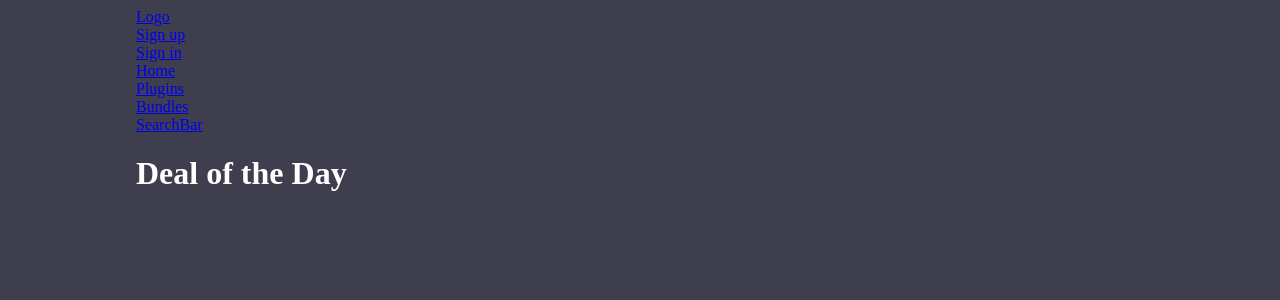
Repository: jigom11791/Wavez
Page: Wavez/Waves-Site/index.html
An editor plug-in stored every save of this project. The page is shown before and after the next save, followed by the edit.
The browser window is 1280 px wide. The pictures show the whole page.

Above is the page before, as saved 2020-10-30 17:55:50.

### Wavez/Waves-Site/index.html
<!DOCTYPE html>
<html>
<head>
    <title>Waves Price Tracker</title>
    <link rel="stylesheet" href="style.css">
</head>
<body>
    <ul class="header">
        <li><a href="#">Logo</a></li>
        <li class="right"><a href="#">Sign up</a></li>
        <li class="right"><a href="#">Sign in</a></li>
    </ul>

    <ul class="topnav">
        <li><a class="active" href="#">Home</a></li>
        <li><a href="#">Plugins</a></li>
        <li><a href="#">Bundles</a></li>
        <li class="right"><a href="#">SearchBar</a></li>
    </ul>
    <div id="content">
        <h1>Deal of the Day</h1>
    </div>
</body>
</html>

### Wavez/Waves-Site/style.css
@import url('https://fonts.googleapis.com/css2?family=Noto+Sans&family=Noto+Sans+JP&display=swap');
@import url('https://fonts.googleapis.com/css2?family=Noto+Sans&display=swap');

body {
    background-color: #3e3e4f;
    color: white;
    font-style: "Noto sans JP", sans-serif;
    padding: 0% 10%;
}

ul.topnav, ul.header{
    list-style-type: none;
    margin: 0;
    padding: 0;
    overflow: hidden;
}
li.topnav, li.header {
    float: left;
    display: block;
}

After the next save:
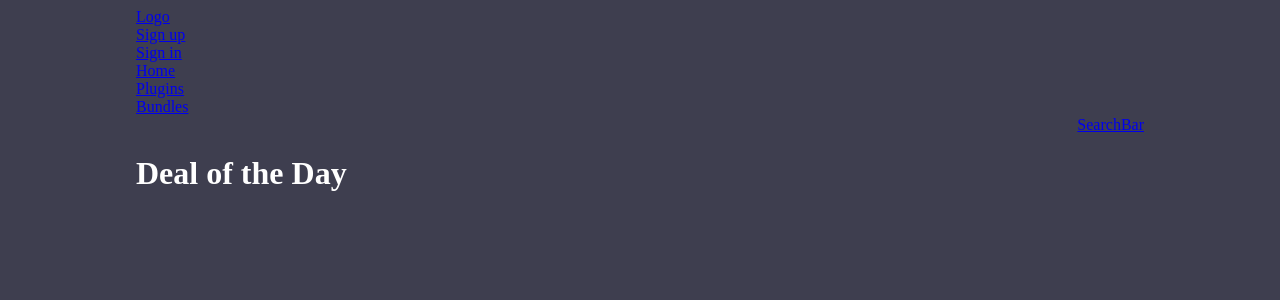
Saved 60 s later.
--- a/Wavez/Waves-Site/style.css
+++ b/Wavez/Waves-Site/style.css
@@ -18,3 +18,6 @@ li.topnav, li.header {
     float: left;
     display: block;
 }
+ul.topnav li.right{
+    float: right;
+}
